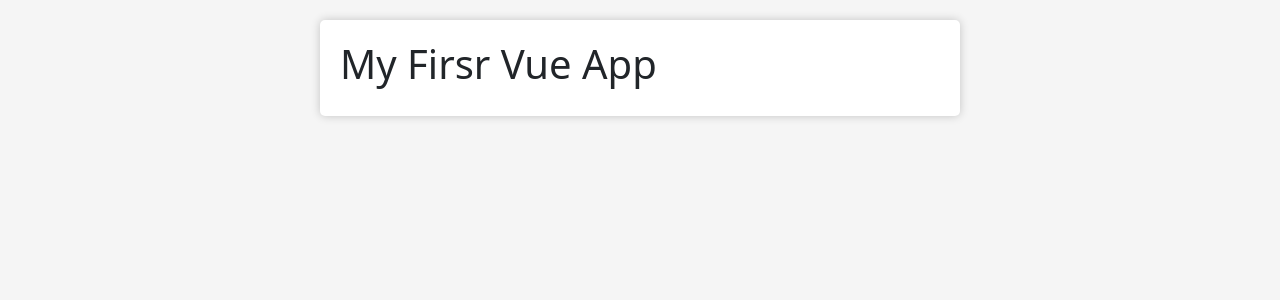
Repository: feyroozecode/intro-vue3-app
Page: index.html
An editor plug-in stored every save of this project. The page is shown before and after a run of saves, followed by the edit.
The browser window is 1280 px wide. The pictures show the whole page.

Above is the page before, as saved 2023-08-13 10:21:53.

After the next 2 saves:
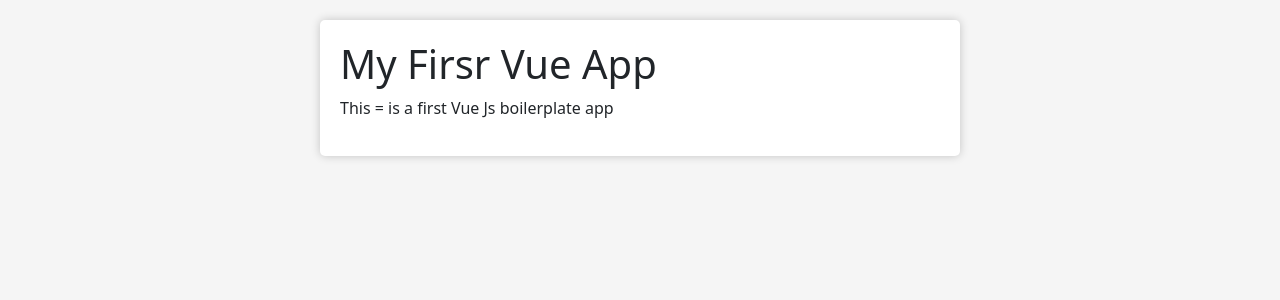
The 2 saves are shown as one change because they came seconds apart.
The last was saved 13 s later.
--- a/index.html
+++ b/index.html
@@ -28,6 +28,7 @@
     <div id="app">
 
         <h1> {{ title }} </h1>
+        <p> {{ message }} </p>
 
     </div>
 
